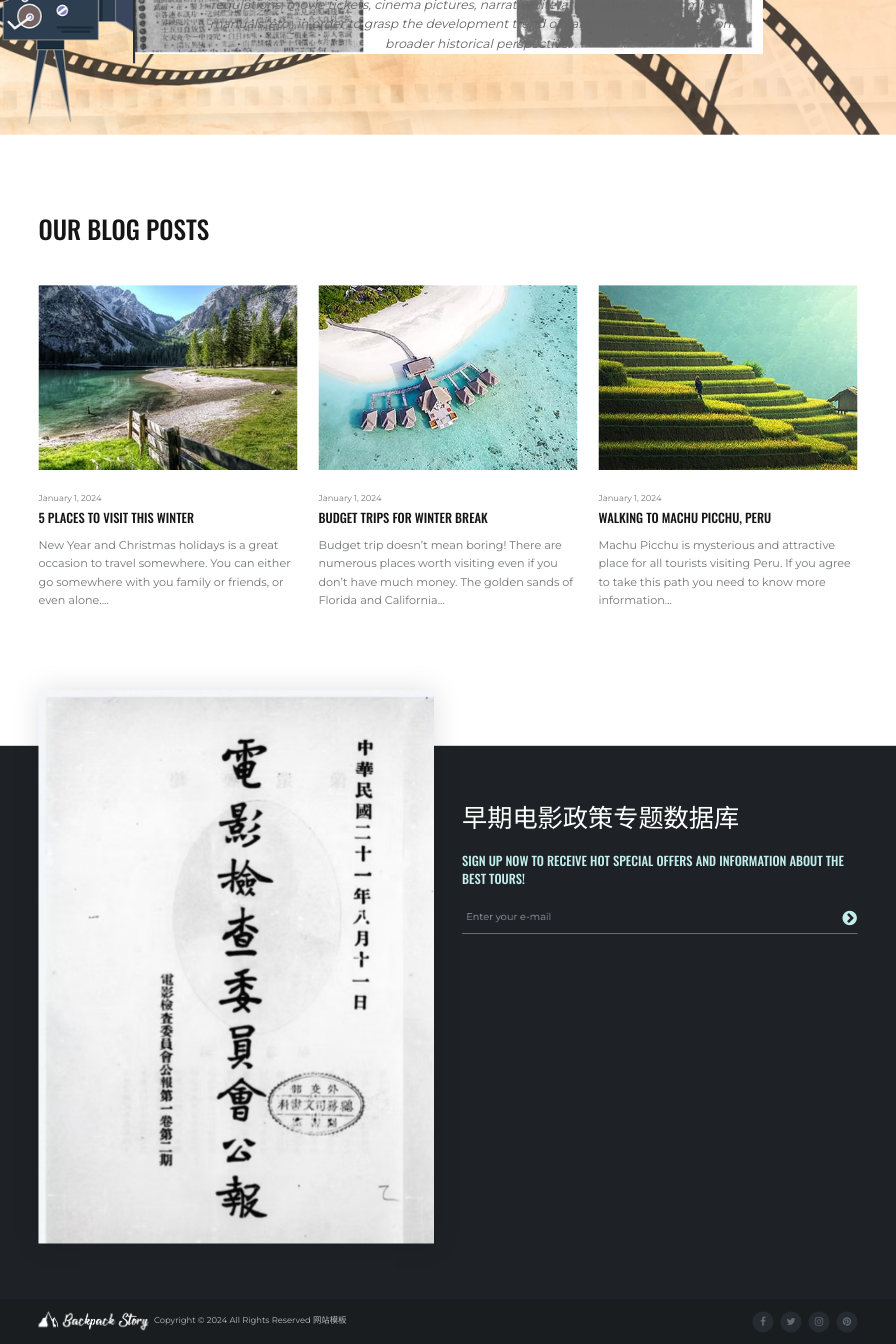
Repository: Jquarker/Modern-Film-Database
Page: index.html
These files come from the project's save history. The page is drawn as it stood at one moment and after the next save; the edit follows.
The browser window is 1280 px wide. The pictures show the part of the page from y = 4439 to 6359 px (the page is 6359 px tall), at 70% of full size.

Above is the page before, as saved 2025-02-21 15:27:31.

After the next save:
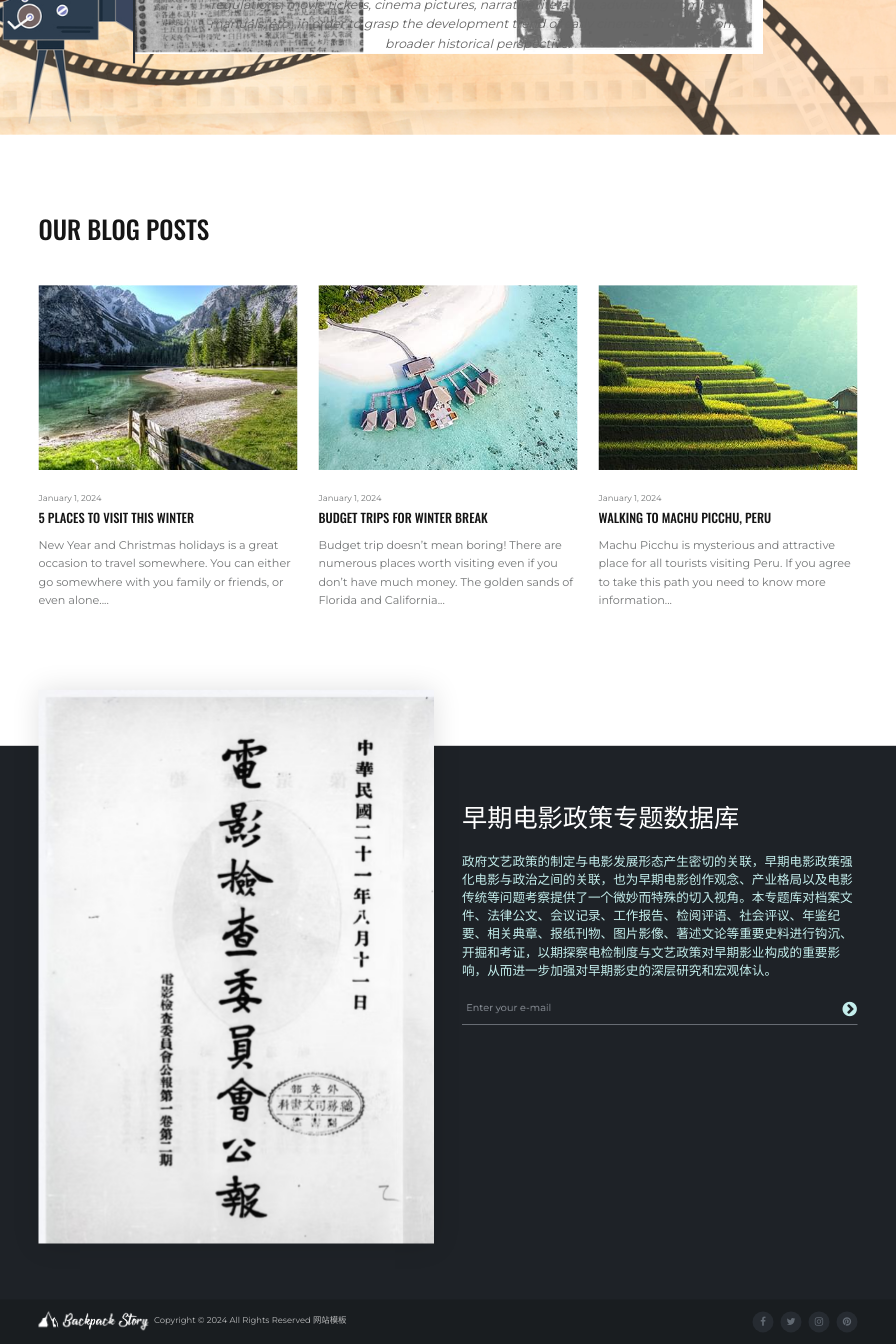
Saved 12 s later.
--- a/index.html
+++ b/index.html
@@ -336,7 +336,7 @@
             <div class="col-lg-6 wow fadeInRight" data-wow-delay=".2s">
               <div class="footer-classic_subscribe">
                 <h2>早期电影政策专题数据库</h2>
-                <h5 class="text-primary">SIGN UP NOW TO RECEIVE HOT SPECIAL OFFERS AND INFORMATION ABOUT THE BEST TOURS!</h5>
+                <h5 class="text-primary">政府文艺政策的制定与电影发展形态产生密切的关联，早期电影政策强化电影与政治之间的关联，也为早期电影创作观念、产业格局以及电影传统等问题考察提供了一个微妙而特殊的切入视角。本专题库对档案文件、法律公文、会议记录、工作报告、检阅评语、社会评议、年鉴纪要、相关典章、报纸刊物、图片影像、著述文论等重要史料进行钩沉、开掘和考证，以期探察电检制度与文艺政策对早期影业构成的重要影响，从而进一步加强对早期影史的深层研究和宏观体认。</h5>
                 <form class="rd-form rd-mailform rd-form-inline subscribe-form" data-form-output="form-output-global" data-form-type="subscribe" method="post" action="bat/rd-mailform.php">
                   <div class="form-wrap">
                     <input class="form-input" id="subscribe-form-email-5" type="email" name="email" data-constraints="@Email @Required">
